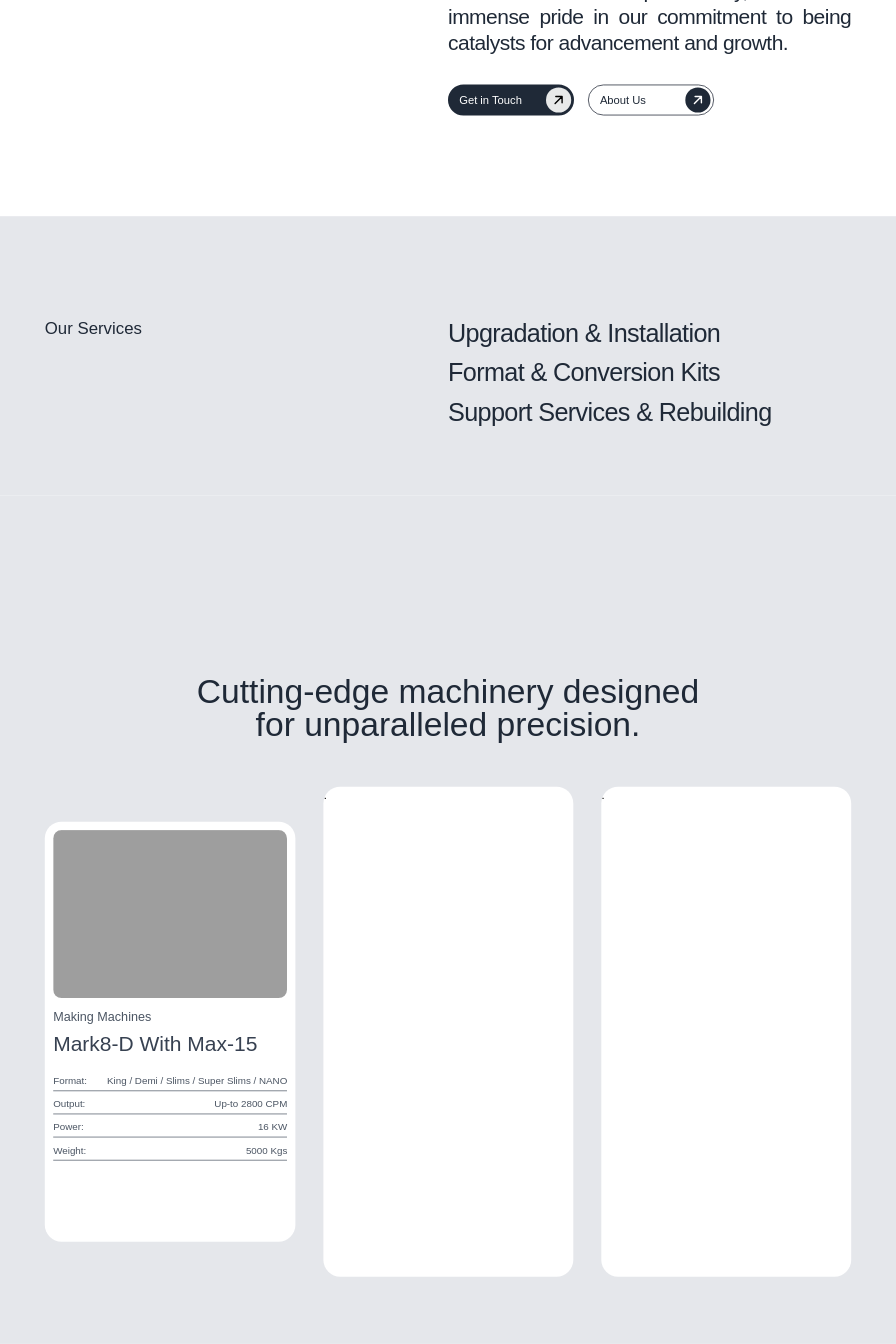
Repository: vespersolutionspk18/microtexwebsite
Page: /
The author's editor kept a copy of each file at every save. The page is drawn from the files as they stood at one save, then again after the next save.
The browser window is 1280 px wide. The pictures show the part of the page from y = 1207 to 3127 px (the page is 3127 px tall), at 70% of full size.
Pictures or frames that could not be fetched are drawn as grey boxes. Some web fonts or font styles are not loaded; a fallback is used. The project was rebuilt for these pictures with package versions that can differ from the ones it lists, and the page was loaded fresh each time. The framework's server and built-in components were replaced by stand-ins that run in the browser. Also part of the build but not shown: next.config.mjs.

Above is the page before, as saved 2024-11-18 21:43:38.

After the next save:
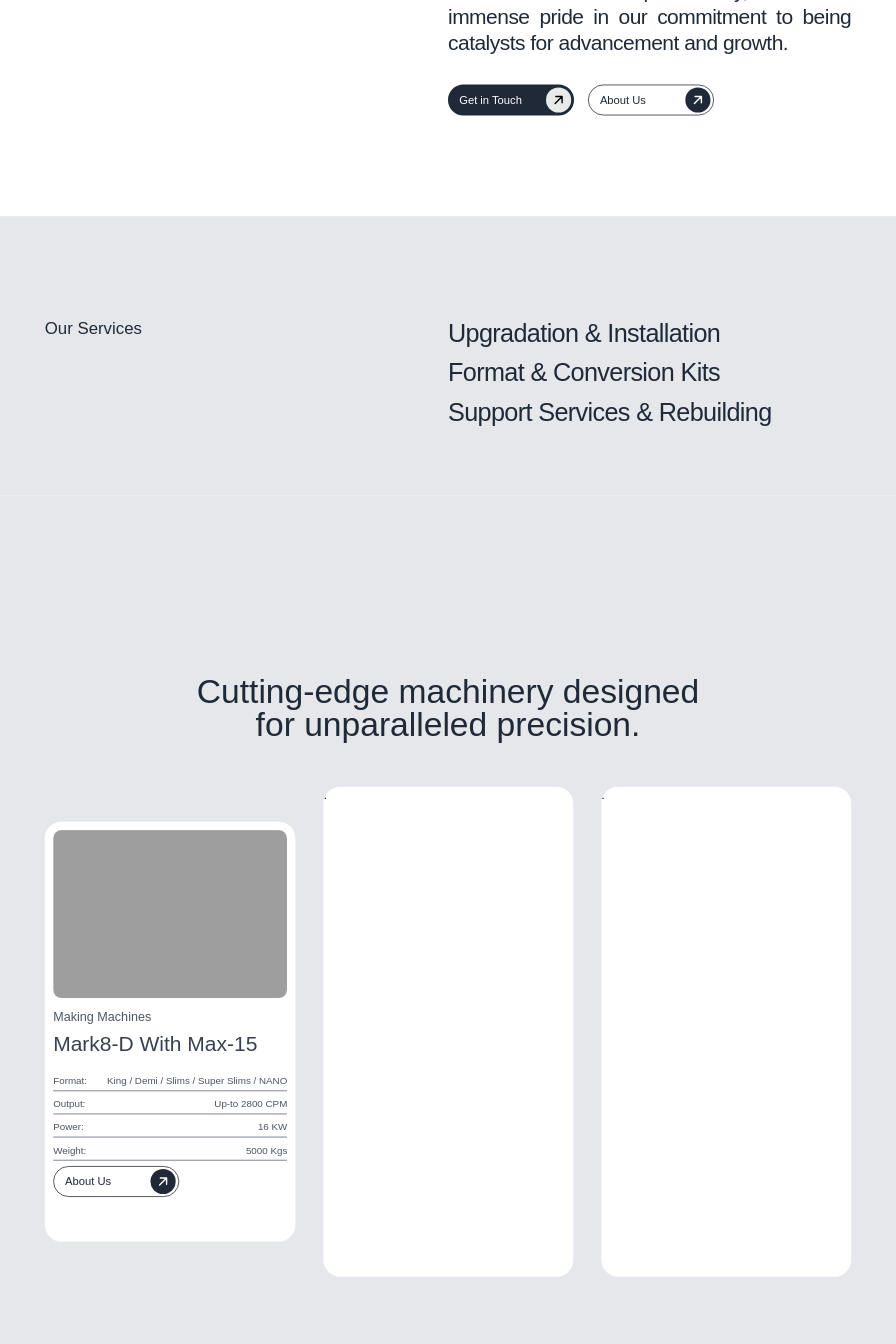
Saved 14 min 4 s later.
--- a/app/OurMachines.tsx
+++ b/app/OurMachines.tsx
@@ -1,5 +1,6 @@
 import { Separator } from '@/components/ui/separator'
 import React from 'react'
+import ButtonArrowwhite from "@/public/assets/buttonarrowwhite.svg";
 
 const OurMachines = () => {
   return (
@@ -32,6 +33,15 @@ const OurMachines = () => {
         <h5 className="text-gray-600 text-sm font-light">5000 Kgs</h5>
     </div>
     <Separator className="bg-gray-600 mt-1 mb-2" />
+    <div id="button"
+  className="group border-gray-900 border-[1px] bg-white h-[44px] flex-row  text-gray-800 text-[16px] py-1 px-1 font-light rounded-full hidden md:flex items-center justify-between w-[180px] transition-width duration-500 ease-in-out  hover:w-[205px] "
+
+>
+  <div className="mx-3">About Us</div>
+  <div className="bg-gray-800 rounded-full h-[36px] w-[36px] flex items-center justify-center transition-transform duration-500 ease-in-out group-hover:rotate-45">
+    <ButtonArrowwhite className="h-[24px] w-[24px]" />
+  </div>
+                </div>
     </div>
     <div className="h-[700px] w-1/3 bg-white rounded-3xl flex flex-col">.</div>
     <div className="h-[700px] w-1/3 bg-white rounded-3xl">.</div>
